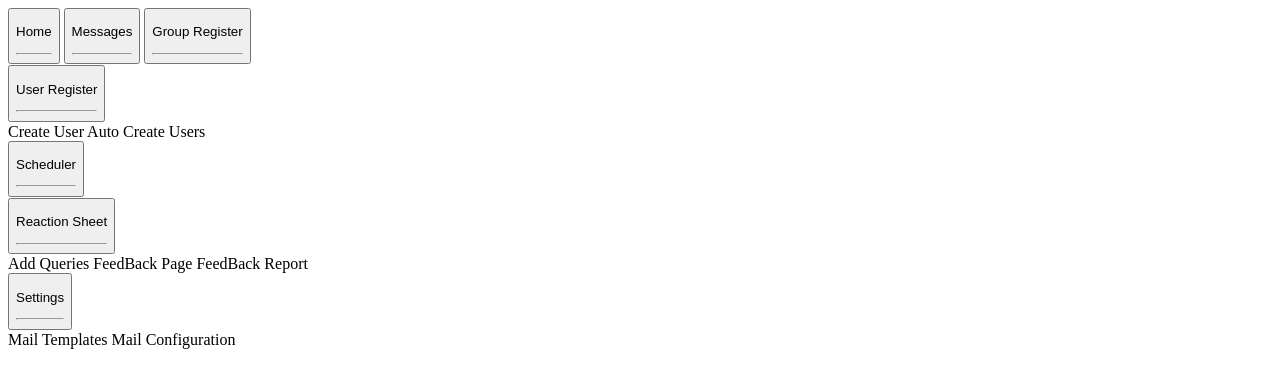
Repository: praveenshetg/GOLDEN-ROD
Page: Duolingo/papi-front/WebContent/view/common/side_menu.html
The author's editor kept a copy of each file at every save. The page is drawn from the files as they stood at one save, then again after the next save.
The browser window is 1280 px wide. The pictures show the whole page.

Above is the page before, as saved 2018-05-08 09:25:58.
Console error: ReferenceError: $ is not defined

### Duolingo/papi-front/WebContent/view/common/side_menu.html
<!Doctype html>
<html>
<!-- <link rel="stylesheet" type="text/css" href="../css/side-menu.css"> -->
<body>

	<div class="btn-group">
		<button id="home-btn" class="home-btn active-btn anaymous end_user  admin">
			<i class="fa fa-home"></i>
			<p>Home</p>
			<hr class="style18" />
		</button>
		<button id="chat-btn" class="chat-btn anaymous end_user  admin">
			<i class="fa fa fa fa-comments blinnk " style=""></i>
			<div class="msg-indicator blink1">
				<p>Messages</p>
				<hr class="style18" />
			</div>
		</button>
		<button id="grp-btn" class="grp-btn anaymous  admin">
			<i class="fa fa-group"></i><p>Group Register</p>
			<hr class="style18" />
		</button>
		<div class="dropdown anaymous  admin">
			<button class="anaymous  admin" id="usr-main-btn">
				<i class="fa fa-user"></i><p>User Register</p>
				<hr class="style18" />
			</button>
			<div class="dropdown-content">
				<a id="usr-btn">Create User</a> <a id="usr-auto-btn">Auto Create
					Users</a>

			</div>
		</div>
		<button id="sch-btn" class="anaymous  admin">
			<i class="fa fa-calendar"></i><p>Scheduler</p>
			<hr class="style18" />
		</button>
		<div class="dropdown anaymous  admin">
			<button id="rctn-main-btn">
				<i class="fa fa-edit"></i><p>Reaction Sheet</p>
				<hr class="style18" />
			</button>
			<div class="dropdown-content">
				<a id="rctn-btn">Add Queries</a> <a id="fb-page-btn">FeedBack
					Page</a>
					 <a id="fb-page-btn-1">FeedBack
					Report</a>

			</div>
		</div>
		<div class="dropdown anaymous  admin">
			<button class="" id="usr-setting-btn">
				<i class="fa fa-cog"></i><p>Settings</p>
				<hr class="style18" />
			</button>
			<div class="dropdown-content">
			<a id="mail-template-btn">Mail Templates</a>
				<a id="mail-config-btn">Mail Configuration</a>
				</div>
		</div>
		<!--       <button>Logout<hr  class="style18"/></button> -->
	</div>
</body>
<script>
	$(document).load(function() {
		console.log("loda");
		function checkPermission() {
			console.log("check permission")
			if(this.userDetails.user.role =='admin'){
				console.log(" is Admin")
			}else{
				console.log(" is End User")
				$(".admin").hide();
				$(".end_user").show();
			}
		}

		checkPermission();
	})
</script>
</html>

After the next save:
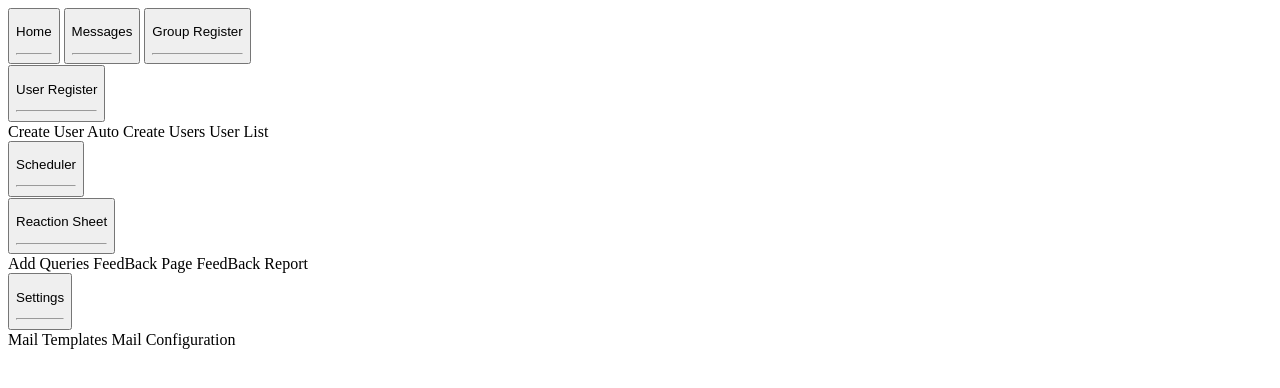
Saved 8 min 27 s later.
--- a/Duolingo/papi-front/WebContent/view/common/side_menu.html
+++ b/Duolingo/papi-front/WebContent/view/common/side_menu.html
@@ -28,6 +28,7 @@
 			<div class="dropdown-content">
 				<a id="usr-btn">Create User</a> <a id="usr-auto-btn">Auto Create
 					Users</a>
+					<a id="usr-auto-btn">User List</a>
 
 			</div>
 		</div>
